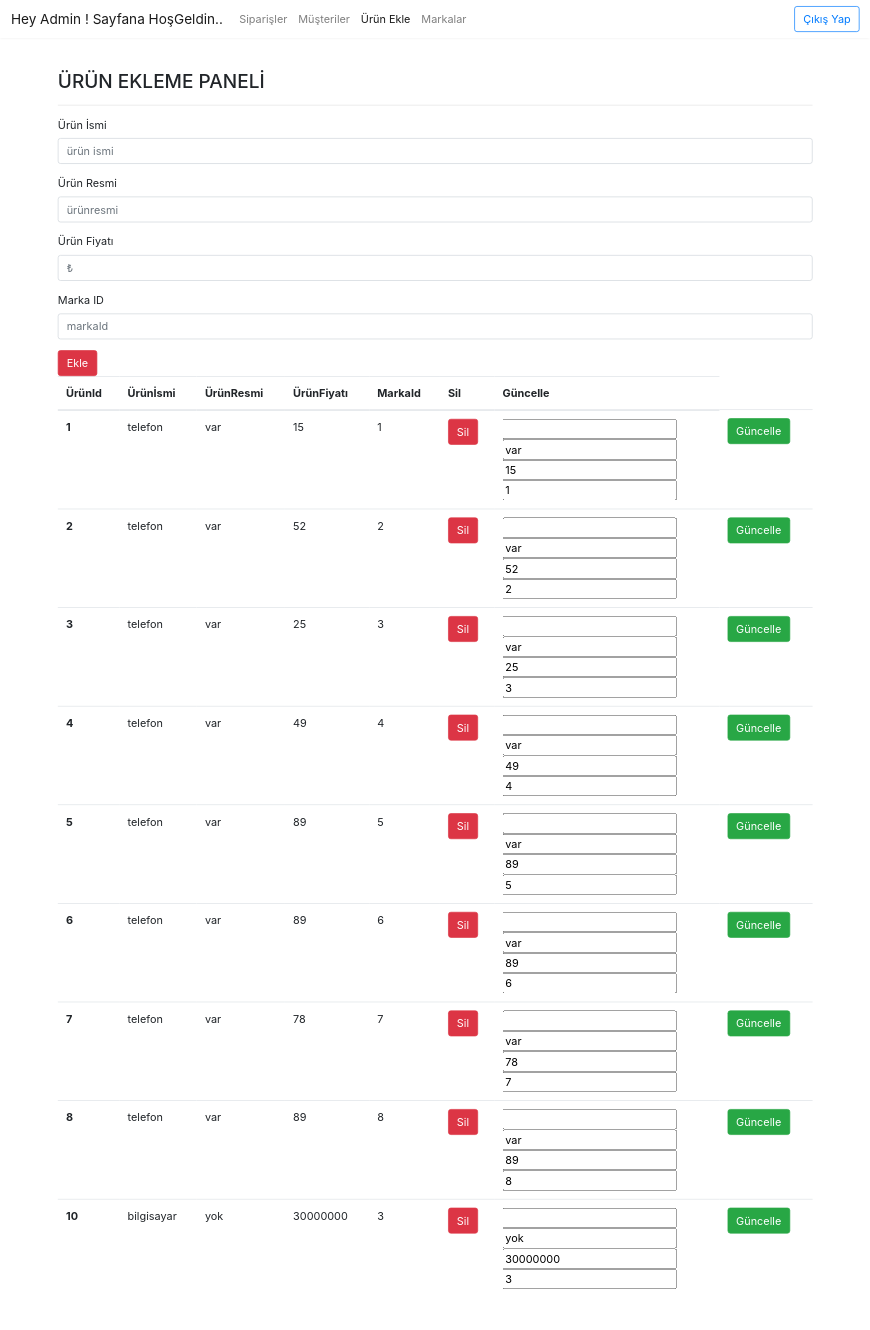
Repository: NergisAktug/E-Commerce-PythonWithFlask-Sqlite3
Page: http://localhost/urunEkle
These files come from the project's save history. The page is drawn as it stood at one moment and after the next save; the edit follows.
The browser window is 1280 px wide. The pictures show the whole page, at 68% of full size.
Some web libraries are served in a nearby version. The page is served by the project's application, run on Flask 3 (app.py). The page reads the database file committed with the project.

Above is the page before, as saved 2018-12-09 23:23:40.

After the next save:
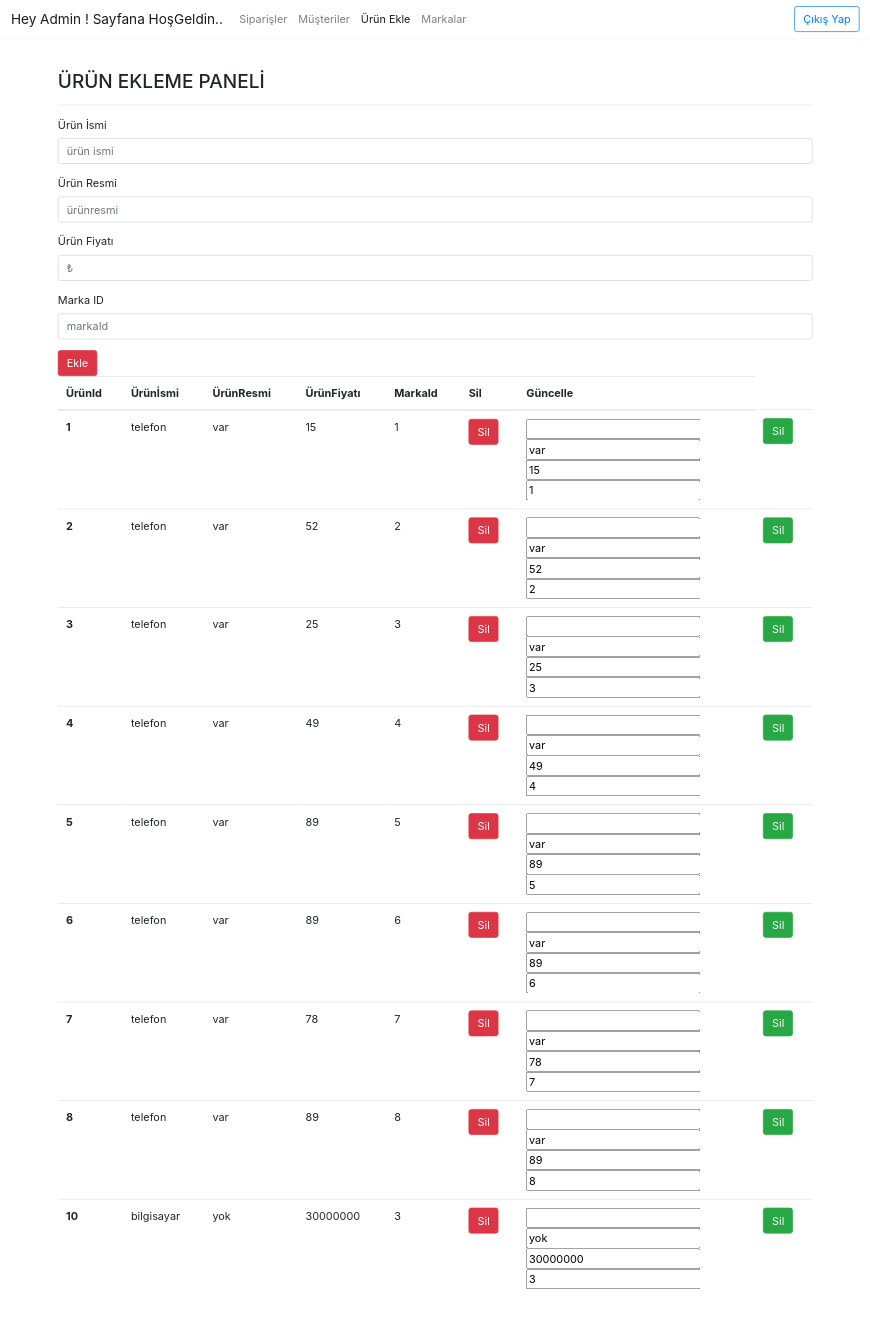
Saved 96 s later.
--- a/templates/urunEkle.html
+++ b/templates/urunEkle.html
@@ -99,7 +99,7 @@
 
                             </form>
                           </td>
-                          <td><button type="button" class="btn btn-success" value="Update">Güncelle</button></td>
+                          <td><a href="/guncelle/{{veri.urun_id}}" class="btn btn-success">Sil</a></td>
                           {% endif %}
 
                     </tr>

After the save that followed:
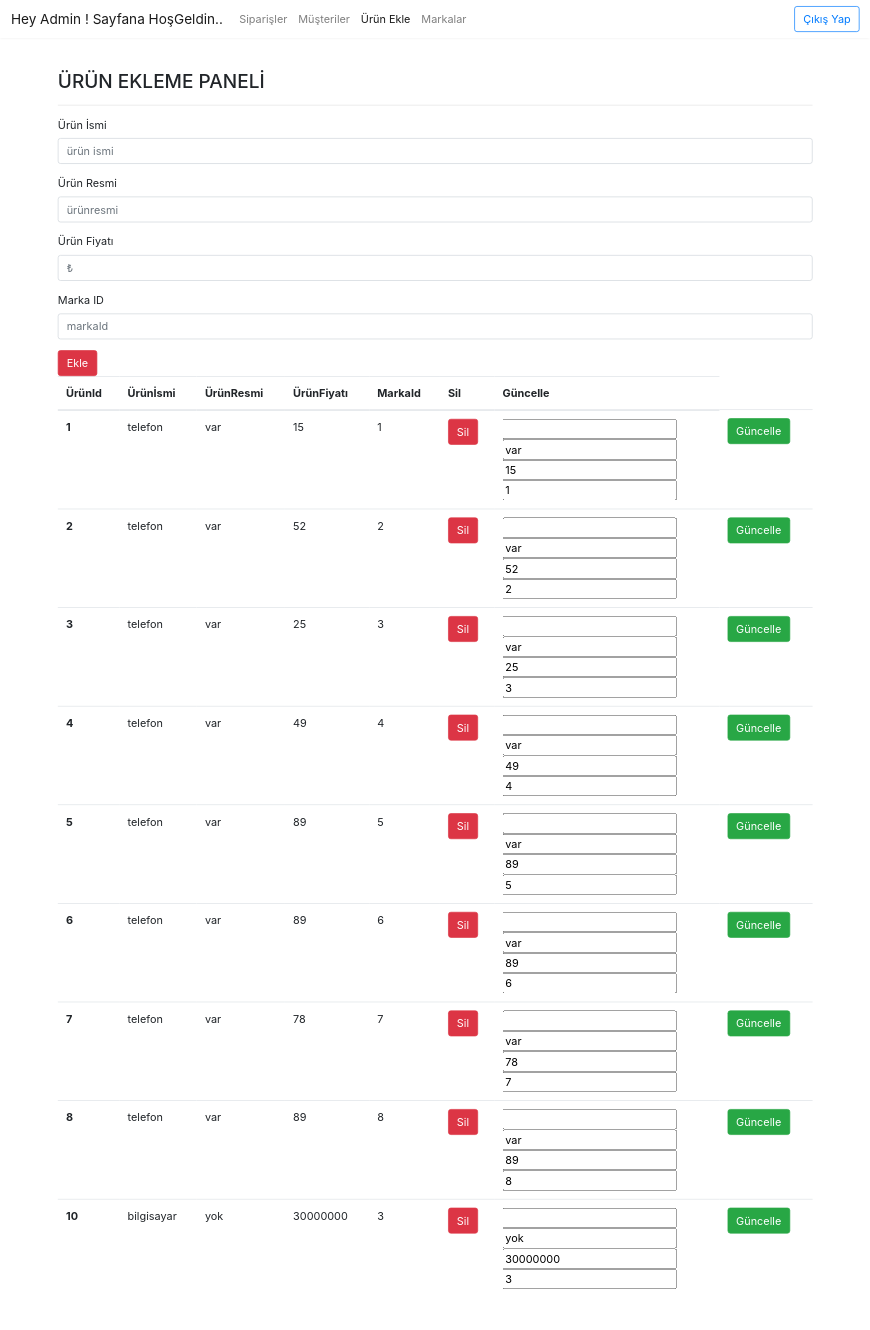
Saved 8 s later.
--- a/templates/urunEkle.html
+++ b/templates/urunEkle.html
@@ -99,7 +99,7 @@
 
                             </form>
                           </td>
-                          <td><a href="/guncelle/{{veri.urun_id}}" class="btn btn-success">Sil</a></td>
+                          <td><a href="/guncelle/{{veri.urun_id}}" class="btn btn-success">Güncelle</a></td>
                           {% endif %}
 
                     </tr>
